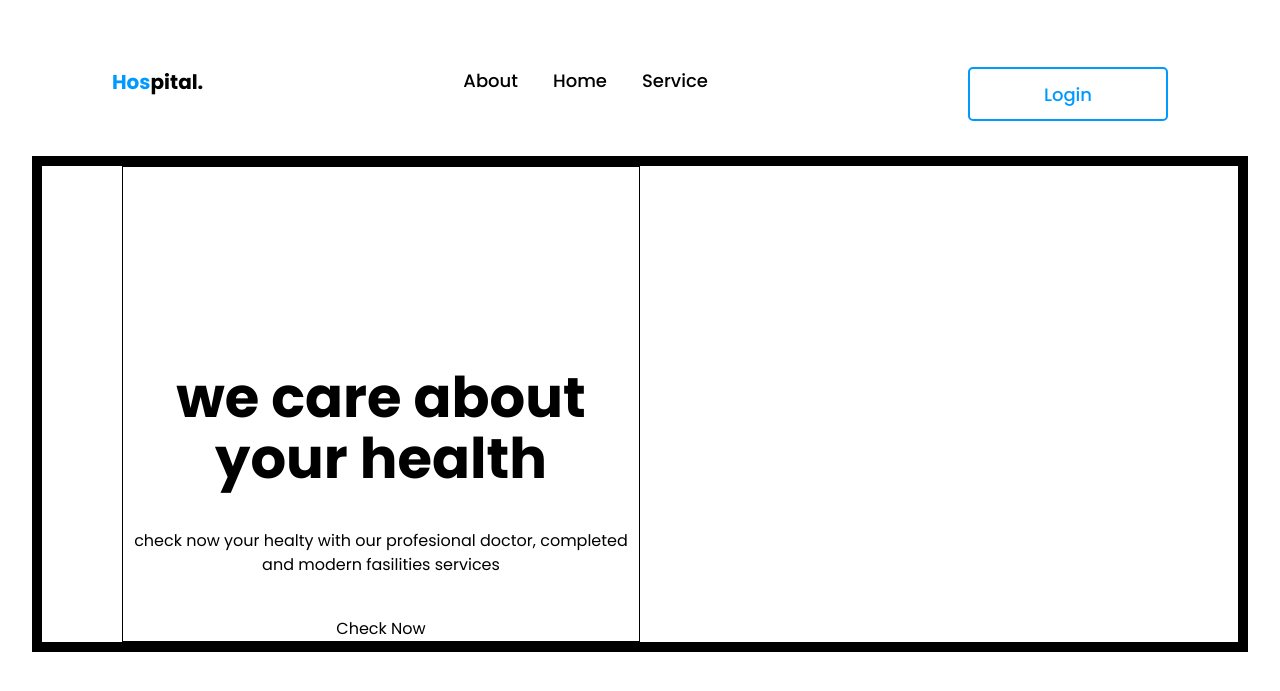
Repository: Chadi2000/hospital-app
Page: /
The author's editor kept a copy of each file at every save. The page is drawn from the files as they stood at one save, then again after the next save.
The browser window is 1280 px wide. The pictures show the whole page.
Pictures or frames that could not be fetched are drawn as grey boxes. The project was rebuilt for these pictures with package versions that can differ from the ones it lists, and the page was loaded fresh each time. Also part of the build but not shown: vite.config.js.

Above is the page before, as saved 2024-08-03 17:56:33.

### src/App.jsx
import './App.css'
import Header from './components/Header'
import Navbar from './components/Navbar'

function App() {

  return (
    <div className='flex flex-col'>
      <Navbar />
      <Header />
    </div>
  )
}

export default App

### src/index.css
@import url('https://fonts.googleapis.com/css2?family=Poppins:ital,wght@0,100;0,200;0,300;0,400;0,500;0,600;0,700;0,800;0,900;1,100;1,200;1,300;1,400;1,500;1,600;1,700;1,800;1,900&display=swap');

@tailwind base;
@tailwind components;
@tailwind utilities;

body{
  font-family: "Poppins", sans-serif;;
}

### src/components/Header.jsx
import Doctor from '../assets/doctor1.png'

const Header = () => {
  return (
    <div className='flex px-[80px] border-[10px]'>

      <div className='flex flex-col justify-start gap-10 border-[1px] pt-[200px] w-1/2'>
        <h1 className='text-[56px] font-bold leading-[61px]'>we care about your health</h1>
        <p>check now your healty with our profesional doctor, completed and modern fasilities services</p>
        <div>Check Now</div>
      </div>

      <div className='relative flex items-center'>
        <div className='bg-btn h-full w-full'></div>
        <div className='absolute'>
            <img src={Doctor} alt="doctor" />
        </div>
      </div>

    </div>
  )
}

export default Header

### src/components/Navbar.jsx

const Navbar = () => {
  return (
    <div className="flex justify-between py-[35px] px-[80px] ">

      <div className="flex text-[20px] font-bold leading-[30px] cursor-pointer">
        <div className="text-btn">Hos</div>
        <div className="text-black">pital.</div>
      </div>

        <ul className="flex gap-[35px] justify-between font-medium text-[18px] leading-[27px]">
            <li className="cursor-pointer">About</li>
            <li className="cursor-pointer">Home</li>
            <li className="cursor-pointer">Service</li>
        </ul>


      <div className="flex justify-center items-center w-[200px] h-[54px] text-btn border-btn border-[2px] cursor-pointer rounded-[5px]
      font-medium  text-[18px] leading-[27px]">
        Login
      </div>

    </div>
  )
}

export default Navbar

### tailwind.config.js
/** @type {import('tailwindcss').Config} */
export default {
  content: [
    "./index.html",
    "./src/**/*.{js,ts,jsx,tsx}",
  ],
  theme: {
    extend: {},
    textColor:{
      btn: '#0099FF',
    },
    backgroundColor:{
      btn: '#0099FF',
    },
    fontFamily:{
      abc:["Poppins","sans-serif"]
    },
    borderColor:{
      btn: '#0099FF',
    }
  },
  plugins: [],
}

Loaded but not shown: index.html (common file); src/main.jsx (common file); src/App.css (common file)

After the next save:
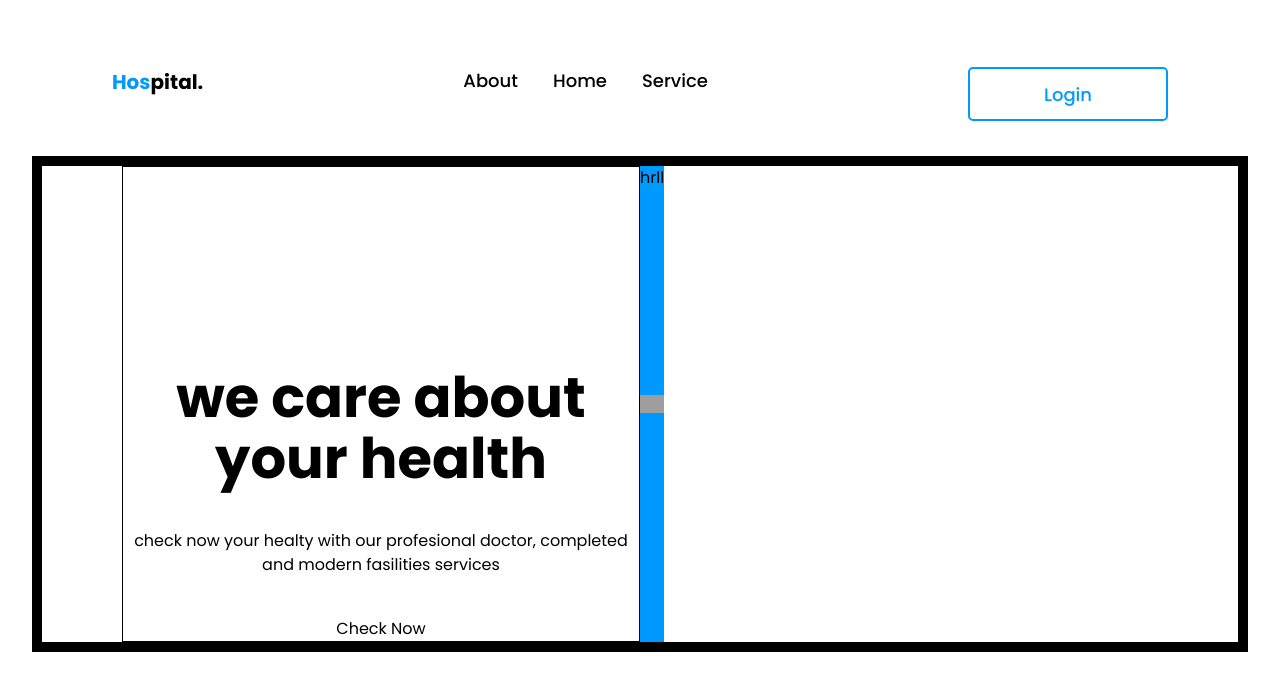
Saved 5 s later.
--- a/src/components/Header.jsx
+++ b/src/components/Header.jsx
@@ -11,7 +11,7 @@ const Header = () => {
       </div>
 
       <div className='relative flex items-center'>
-        <div className='bg-btn h-full w-full'></div>
+        <div className='bg-btn h-full w-full'>hrll</div>
         <div className='absolute'>
             <img src={Doctor} alt="doctor" />
         </div>
